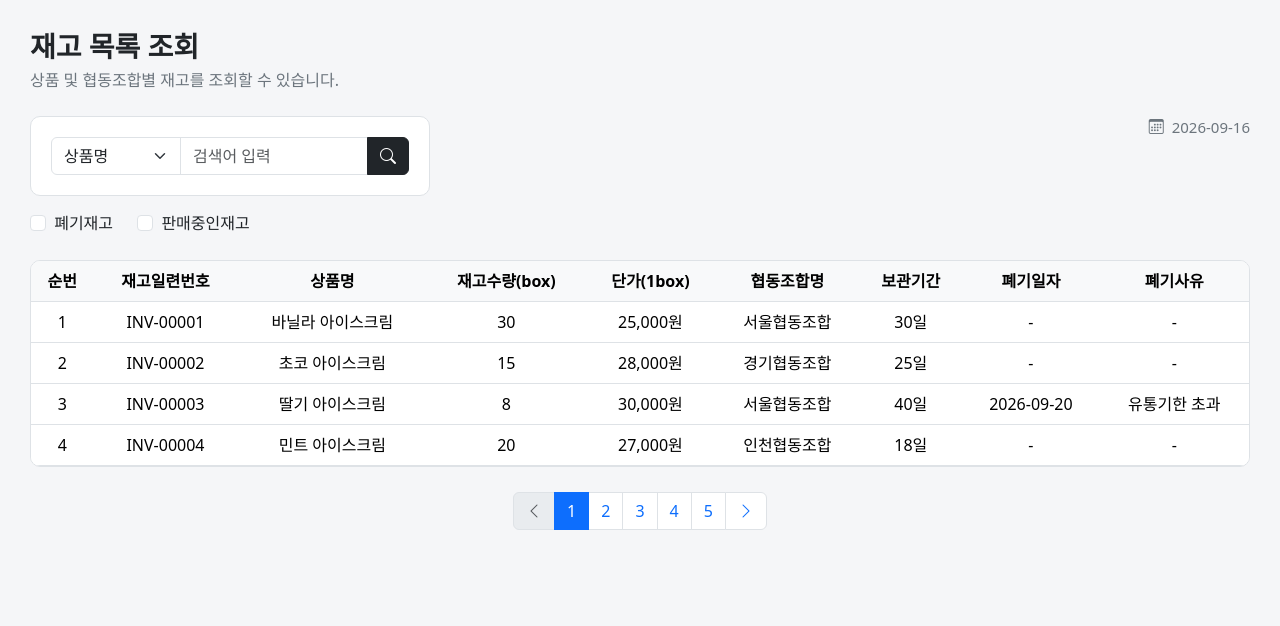
Repository: nojong99/kosta
Page: 32_MVCModel2/src/main/webapp/inventoryList.html
An editor plug-in stored every save of this project. The page is shown before and after the next save, followed by the edit.
The browser window is 1280 px wide. The pictures show the whole page.

Above is the page before, as saved 2026-09-23 05:19:27.

### 32_MVCModel2/src/main/webapp/inventoryList.html
<!DOCTYPE html>
<html lang="ko">
<head>
    <meta charset="UTF-8">
    <meta name="viewport" content="width=device-width, initial-scale=1.0">

    <title>재고 목록 조회</title>

    <!-- Bootstrap -->
    <link
        href="https://cdn.jsdelivr.net/npm/bootstrap@5.3.8/dist/css/bootstrap.min.css"
        rel="stylesheet">

    <!-- Bootstrap Icons -->
    <link
        rel="stylesheet"
        href="https://cdn.jsdelivr.net/npm/bootstrap-icons@1.13.1/font/bootstrap-icons.min.css">

    <style>
        body {
            background-color: #f5f6f8;
        }

        .inventory-page {
            padding: 30px;
        }

        /* 검색 영역 */
        .search-area {
            width: 30%;
            min-width: 400px;
        }

        .search-box {
            background-color: white;
            border: 1px solid #dee2e6;
            border-radius: 10px;
            padding: 20px;
        }

        /* 날짜 */
        .current-date {
            font-size: 15px;
            color: #6c757d;
            font-weight: 500;
        }

        /* 재고 상태 */
        .stock-status {
            margin-top: 15px;
        }

        .stock-status label {
            margin-right: 20px;
            cursor: pointer;
        }

        /* 목록 */
        .inventory-table-area {
            margin-top: 25px;
            background-color: white;
            border-radius: 10px;
            overflow-x: auto;
            border: 1px solid #dee2e6;
        }

        .inventory-table {
            margin-bottom: 0;
            min-width: 1200px;
        }

        .inventory-table th {
            background-color: #f8f9fa;
            text-align: center;
            white-space: nowrap;
            vertical-align: middle;
        }

        .inventory-table td {
            text-align: center;
            vertical-align: middle;
            white-space: nowrap;
        }

        /* 폐기 상태 */
        .disposed {
            color: #dc3545;
            font-weight: 600;
        }

        /* 판매중 상태 */
        .selling {
            color: #198754;
            font-weight: 600;
        }

        /* 페이지네이션 */
        .pagination-area {
            margin-top: 25px;
            display: flex;
            justify-content: center;
        }
    </style>
</head>

<body>

<!-- 기존 Header -->
<header>
    <!-- 여기에 기존 header -->
</header>


<main class="inventory-page">

    <!-- 제목 -->
    <div class="mb-4">
        <h3 class="fw-bold mb-1">재고 목록 조회</h3>
        <p class="text-secondary mb-0">
            상품 및 협동조합별 재고를 조회할 수 있습니다.
        </p>
    </div>


    <!-- 검색 영역 -->
    <div class="d-flex justify-content-between align-items-start">

        <!-- 왼쪽 검색 -->
        <div class="search-area">

            <div class="search-box">

                <div class="input-group">

                    <!-- 검색 조건 -->
                    <select class="form-select" style="max-width: 130px;">
                        <option value="product">상품명</option>
                        <option value="coop">협동조합명</option>
                    </select>

                    <!-- 검색어 -->
                    <input
                        type="text"
                        class="form-control"
                        placeholder="검색어 입력">

                    <!-- 검색 버튼 -->
                    <button class="btn btn-dark">
                        <i class="bi bi-search"></i>
                    </button>

                </div>

            </div>


            <!-- 재고 상태 -->
            <div class="stock-status">

                <label>
                    <input
                        type="checkbox"
                        class="form-check-input me-1"
                        id="disposed">
                    폐기재고
                </label>

                <label>
                    <input
                        type="checkbox"
                        class="form-check-input me-1"
                        id="selling">
                    판매중인재고
                </label>

            </div>

        </div>


        <!-- 현재 날짜 -->
        <div class="current-date">
            <i class="bi bi-calendar3 me-1"></i>
            <span id="currentDate"></span>
        </div>

    </div>


    <!-- 재고 목록 -->
    <div class="inventory-table-area">

        <table class="table table-hover inventory-table">

            <thead>

                <tr>
                    <th>순번</th>
                    <th>재고일련번호</th>
                    <th>상품명</th>
                    <th>재고수량(box)</th>
                    <th>단가(1box)</th>
                    <th>협동조합명</th>
                    <th>보관기간</th>
                    <th>폐기일자</th>
                    <th>폐기사유</th>
                </tr>

            </thead>

            <tbody>

                <tr>
                    <td>1</td>
                    <td>INV-00001</td>
                    <td>바닐라 아이스크림</td>
                    <td>30</td>
                    <td>25,000원</td>
                    <td>서울협동조합</td>
                    <td>30일</td>
                    <td>-</td>
                    <td>-</td>
                </tr>

                <tr>
                    <td>2</td>
                    <td>INV-00002</td>
                    <td>초코 아이스크림</td>
                    <td>15</td>
                    <td>28,000원</td>
                    <td>경기협동조합</td>
                    <td>25일</td>
                    <td>-</td>
                    <td>-</td>
                </tr>

                <tr>
                    <td>3</td>
                    <td>INV-00003</td>
                    <td>딸기 아이스크림</td>
                    <td>8</td>
                    <td>30,000원</td>
                    <td>서울협동조합</td>
                    <td>40일</td>
                    <td>2026-09-20</td>
                    <td>유통기한 초과</td>
                </tr>

                <tr>
                    <td>4</td>
                    <td>INV-00004</td>
                    <td>민트 아이스크림</td>
                    <td>20</td>
                    <td>27,000원</td>
                    <td>인천협동조합</td>
                    <td>18일</td>
                    <td>-</td>
                    <td>-</td>
                </tr>

            </tbody>

        </table>

    </div>


    <!-- 페이지네이션 -->
    <div class="pagination-area">

        <nav>
            <ul class="pagination">

                <li class="page-item disabled">
                    <a class="page-link" href="#">
                        <i class="bi bi-chevron-left"></i>
                    </a>
                </li>

                <li class="page-item active">
                    <a class="page-link" href="#">1</a>
                </li>

                <li class="page-item">
                    <a class="page-link" href="#">2</a>
                </li>

                <li class="page-item">
                    <a class="page-link" href="#">3</a>
                </li>

                <li class="page-item">
                    <a class="page-link" href="#">4</a>
                </li>

                <li class="page-item">
                    <a class="page-link" href="#">5</a>
                </li>

                <li class="page-item">
                    <a class="page-link" href="#">
                        <i class="bi bi-chevron-right"></i>
                    </a>
                </li>

            </ul>
        </nav>

    </div>

</main>


<script>
    // 현재 날짜 표시
    const today = new Date();

    const year = today.getFullYear();
    const month = String(today.getMonth() + 1).padStart(2, '0');
    const day = String(today.getDate()).padStart(2, '0');

    document.getElementById("currentDate").textContent =
        `${year}-${month}-${day}`;
</script>

</body>
</html>

After the next save:
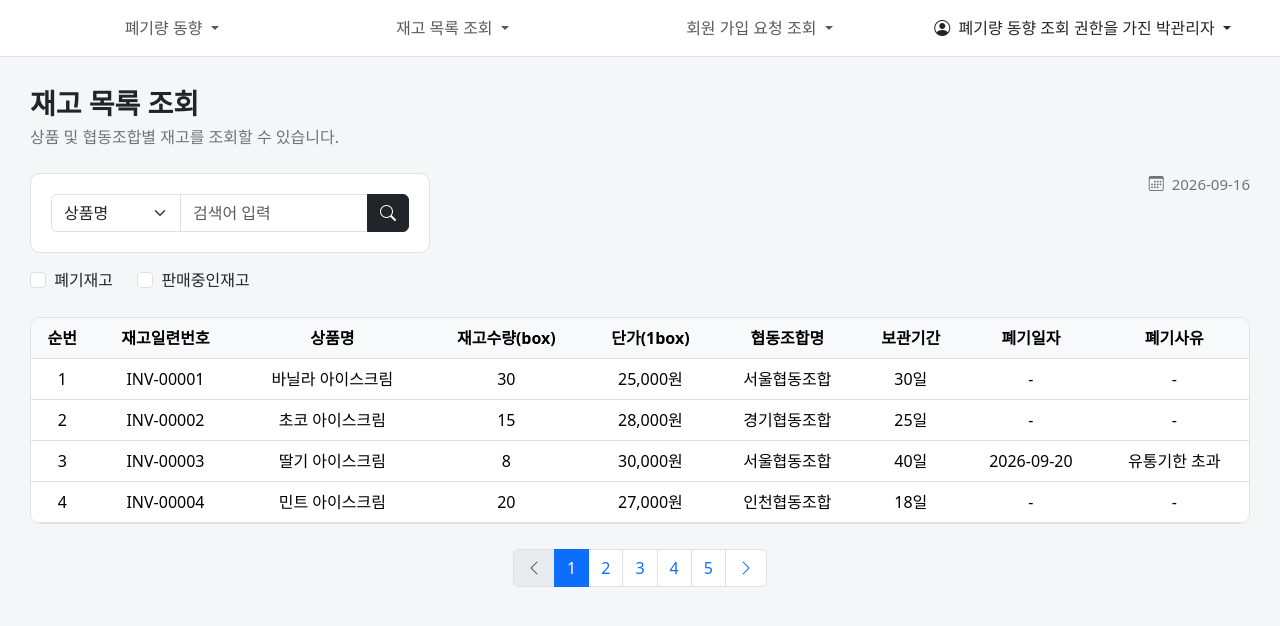
Saved 30 s later.
--- a/32_MVCModel2/src/main/webapp/inventoryList.html
+++ b/32_MVCModel2/src/main/webapp/inventoryList.html
@@ -107,8 +107,72 @@
 
 <!-- 기존 Header -->
 <header>
-    <!-- 여기에 기존 header -->
-</header>
+			<nav class="navbar navbar-expand-lg bg-white border-bottom px-4">
+
+				<div class="container-fluid">
+					<ul class="navbar-nav flex-grow-1 mb-2 mb-lg-0">
+
+						<li class="nav-item dropdown flex-fill text-center"><a
+							class="nav-link dropdown-toggle" href="#" role="button"
+							data-bs-toggle="dropdown"> 폐기량 동향 </a>
+
+							<ul class="dropdown-menu">
+
+								<li><a class="dropdown-item" href="#"> </a></li>
+
+							</ul></li>
+
+						<li class="nav-item dropdown flex-fill text-center"><a
+							class="nav-link dropdown-toggle" href="#" role="button"
+							data-bs-toggle="dropdown"> 재고 목록 조회 </a>
+							<ul class="dropdown-menu">
+
+								<li><a class="dropdown-item" href="#"> </a></li>
+
+							</ul></li>
+						<li class="nav-item dropdown flex-fill text-center"><a
+							class="nav-link dropdown-toggle" href="#" role="button"
+							data-bs-toggle="dropdown"> 회원 가입 요청 조회 </a>
+
+							<ul class="dropdown-menu">
+
+								<li><a class="dropdown-item" href="#"> </a></li>
+
+							</ul></li>
+
+
+
+					</ul>
+
+					<div class="dropdown">
+
+						<button class="btn dropdown-toggle" data-bs-toggle="dropdown">
+
+							<i class="bi bi-person-circle me-1"></i> 폐기량 동향 조회 권한을 가진 박관리자
+
+						</button>
+
+
+						<ul class="dropdown-menu dropdown-menu-end">
+
+							<li><a class="dropdown-item" href="#"> 프로필 </a></li>
+
+							<li><a class="dropdown-item" href="#"> 설정 </a></li>
+
+							<li>
+								<hr class="dropdown-divider">
+							</li>
+
+							<li><a class="dropdown-item" href="#"> 로그아웃 </a></li>
+
+						</ul>
+
+					</div>
+
+				</div>
+
+			</nav>
+		</header>
 
 
 <main class="inventory-page">
